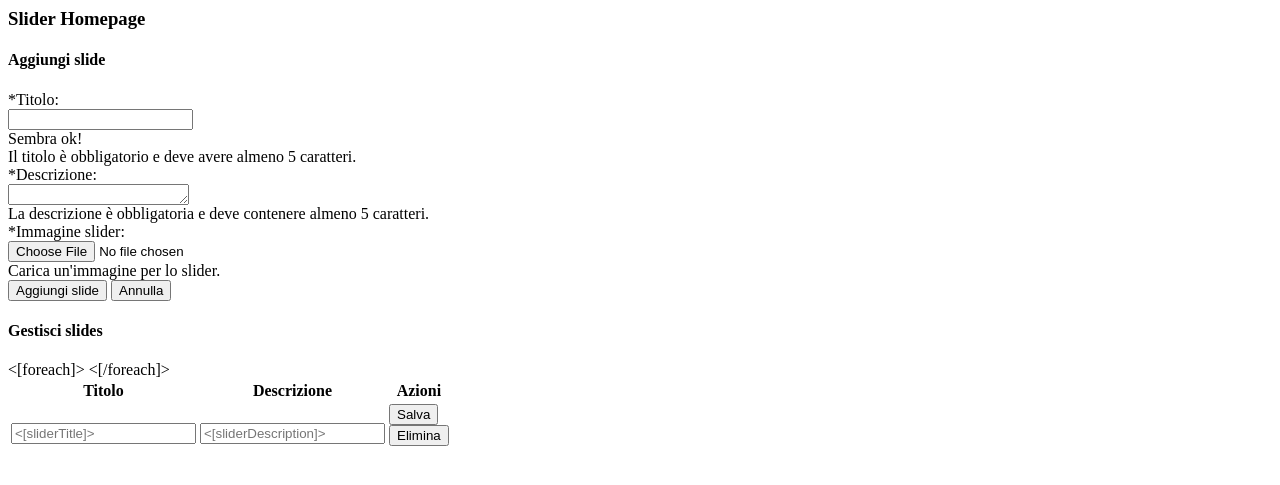
Repository: i4c0ni99/MotorShop
Page: skins/multikart_all_in_one/back-end/home-customizer.html
The author's editor kept a copy of each file at every save. The page is drawn from the files as they stood at one save, then again after a run of saves.
The browser window is 1280 px wide. The pictures show the whole page.

Above is the page before, as saved 2024-10-31 19:17:15.

After the next 3 saves:
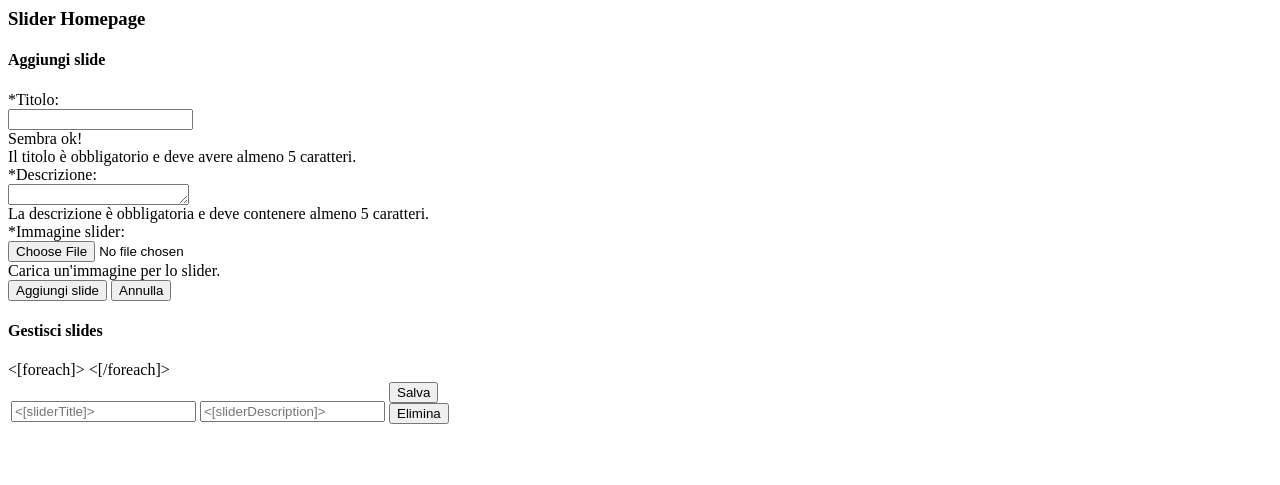
The 3 saves are shown as one change because they came seconds apart.
The last was saved 35 s later.
--- a/skins/multikart_all_in_one/back-end/home-customizer.html
+++ b/skins/multikart_all_in_one/back-end/home-customizer.html
@@ -79,14 +79,14 @@
                 <div class="card-body">
                     <div class="table-responsive table-desi">
                         <table class="display table table-striped" id="basic-1">
-                            <thead>
-                                <tr>
-                                    <th>Titolo</th>
-                                    <th>Descrizione</th>
-                                    <th>Azioni</th>
-                                </tr>
-                            </thead>
-                            <tbody>
+
+
+
+
+
+
+
+
                                 <!-- Ciclo per le slide -->
                                 <[foreach]>
                                 <tr data-row-id="<[sliderId]>">
@@ -103,7 +103,7 @@
                                     </td>
                                 </tr>
                                 <[/foreach]>
-                            </tbody>
+
                         </table>
                     </div>
                 </div>
